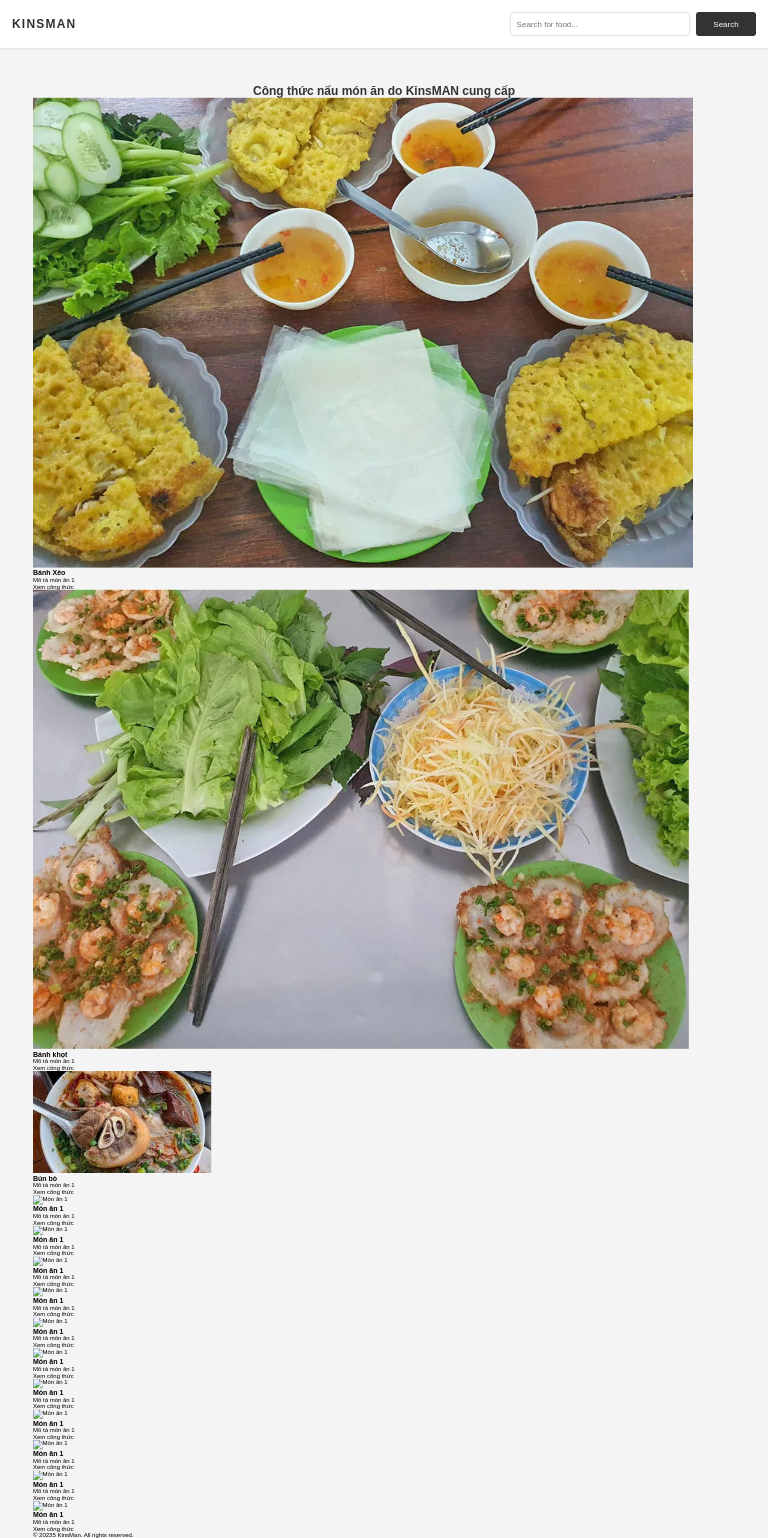
Repository: hoang28092000/how-food
Page: index.html
An editor plug-in stored every save of this project. The page is shown before and after the next save, followed by the edit.
The browser window is 1280 px wide. The pictures show the whole page, at 60% of full size.

Above is the page before, as saved 2025-04-14 23:55:35.

After the next save:
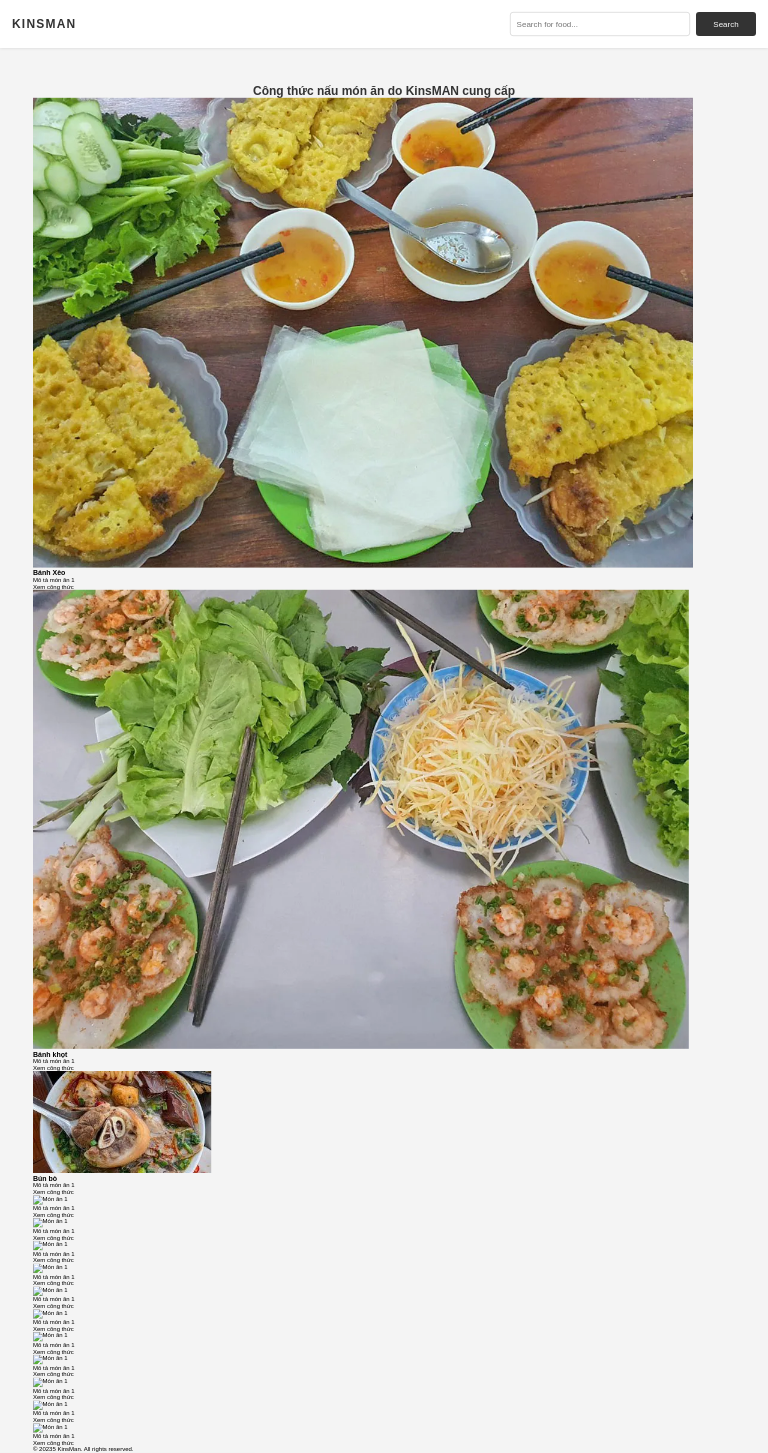
Saved 36 s later.
--- a/index.html
+++ b/index.html
@@ -51,7 +51,7 @@
                 <div class="food-item">
                     <img src="" alt="Món ăn 1" class="food-image">
                     <div class="info-card">
-                        <h3 class="food-name">Món ăn 1</h3>
+                        <h3 class="food-name"></h3>
                         <p class="food-description">Mô tả món ăn 1</p>
                         <a class="btn-card">Xem công thức</a>
                     </div>
@@ -59,7 +59,7 @@
                 <div class="food-item">
                     <img src="" alt="Món ăn 1" class="food-image">
                     <div class="info-card">
-                        <h3 class="food-name">Món ăn 1</h3>
+                        <h3 class="food-name"></h3>
                         <p class="food-description">Mô tả món ăn 1</p>
                         <a class="btn-card">Xem công thức</a>
                     </div>
@@ -67,7 +67,7 @@
                 <div class="food-item">
                     <img src="" alt="Món ăn 1" class="food-image">
                     <div class="info-card">
-                        <h3 class="food-name">Món ăn 1</h3>
+                        <h3 class="food-name"></h3>
                         <p class="food-description">Mô tả món ăn 1</p>
                         <a class="btn-card">Xem công thức</a>
                     </div>
@@ -75,7 +75,7 @@
                 <div class="food-item">
                     <img src="" alt="Món ăn 1" class="food-image">
                     <div class="info-card">
-                        <h3 class="food-name">Món ăn 1</h3>
+                        <h3 class="food-name"></h3>
                         <p class="food-description">Mô tả món ăn 1</p>
                         <a class="btn-card">Xem công thức</a>
                     </div>
@@ -83,7 +83,7 @@
                 <div class="food-item">
                     <img src="" alt="Món ăn 1" class="food-image">
                     <div class="info-card">
-                        <h3 class="food-name">Món ăn 1</h3>
+                        <h3 class="food-name"></h3>
                         <p class="food-description">Mô tả món ăn 1</p>
                         <a class="btn-card">Xem công thức</a>
                     </div>
@@ -91,7 +91,7 @@
                 <div class="food-item">
                     <img src="" alt="Món ăn 1" class="food-image">
                     <div class="info-card">
-                        <h3 class="food-name">Món ăn 1</h3>
+                        <h3 class="food-name"></h3>
                         <p class="food-description">Mô tả món ăn 1</p>
                         <a class="btn-card">Xem công thức</a>
                     </div>
@@ -99,7 +99,7 @@
                 <div class="food-item">
                     <img src="" alt="Món ăn 1" class="food-image">
                     <div class="info-card">
-                        <h3 class="food-name">Món ăn 1</h3>
+                        <h3 class="food-name"></h3>
                         <p class="food-description">Mô tả món ăn 1</p>
                         <a class="btn-card">Xem công thức</a>
                     </div>
@@ -107,7 +107,7 @@
                 <div class="food-item">
                     <img src="" alt="Món ăn 1" class="food-image">
                     <div class="info-card">
-                        <h3 class="food-name">Món ăn 1</h3>
+                        <h3 class="food-name"></h3>
                         <p class="food-description">Mô tả món ăn 1</p>
                         <a class="btn-card">Xem công thức</a>
                     </div>
@@ -115,7 +115,7 @@
                 <div class="food-item">
                     <img src="" alt="Món ăn 1" class="food-image">
                     <div class="info-card">
-                        <h3 class="food-name">Món ăn 1</h3>
+                        <h3 class="food-name"></h3>
                         <p class="food-description">Mô tả món ăn 1</p>
                         <a class="btn-card">Xem công thức</a>
                     </div>
@@ -123,7 +123,7 @@
                 <div class="food-item">
                     <img src="" alt="Món ăn 1" class="food-image">
                     <div class="info-card">
-                        <h3 class="food-name">Món ăn 1</h3>
+                        <h3 class="food-name"></h3>
                         <p class="food-description">Mô tả món ăn 1</p>
                         <a class="btn-card">Xem công thức</a>
                     </div>
@@ -131,7 +131,7 @@
                 <div class="food-item">
                     <img src="" alt="Món ăn 1" class="food-image">
                     <div class="info-card">
-                        <h3 class="food-name">Món ăn 1</h3>
+                        <h3 class="food-name"></h3>
                         <p class="food-description">Mô tả món ăn 1</p>
                         <a class="btn-card">Xem công thức</a>
                     </div>
